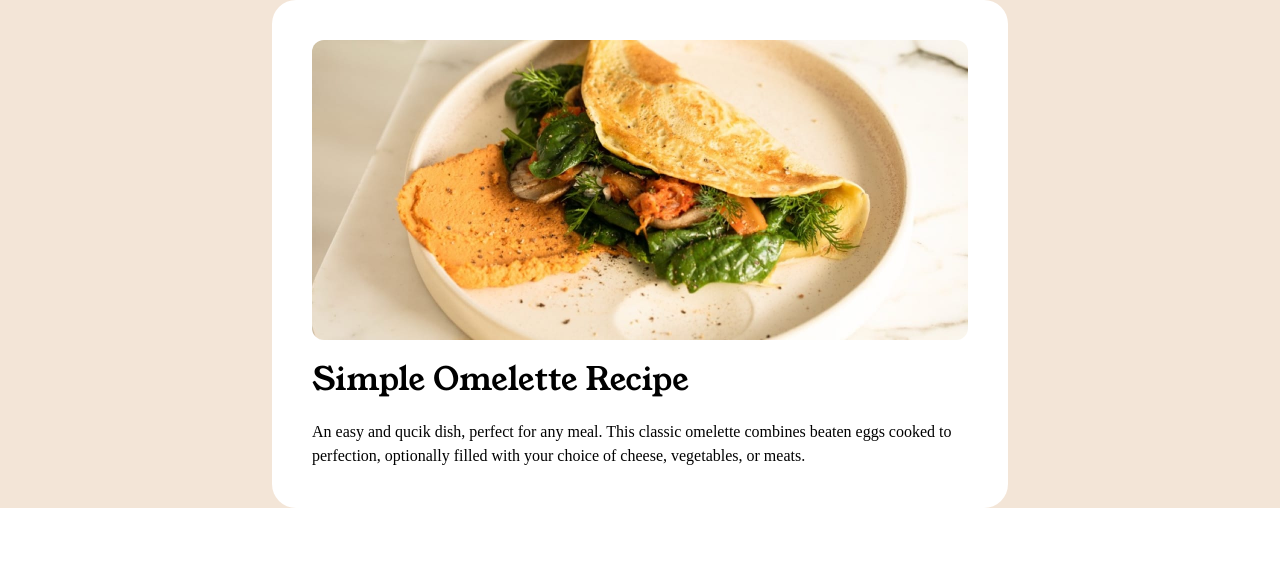
Repository: brandontaylor1/recipe-page
Page: index.html
The author's editor kept a copy of each file at every save. The page is drawn from the files as they stood at one save, then again after a run of saves.
The browser window is 1280 px wide. The pictures show the whole page.

Above is the page before, as saved 2024-12-28 21:50:06.

### index.html
<!DOCTYPE html>
<html lang="en">
<head>
    <meta charset="UTF-8">
    <meta name="viewport" content="width=device-width, initial-scale=1.0">
    <link rel="preconnect" href="https://fonts.googleapis.com">
    <link rel="preconnect" href="https://fonts.gstatic.com" crossorigin>
    <link href="https://fonts.googleapis.com/css2?family=Outfit:wght@100..900&family=Young+Serif&display=swap" rel="stylesheet">
    <link rel="stylesheet" href="styles.css">
    <title>Recipe Page</title>
</head>
<body>
    <main class="container">
        <div class="recipe-card">
            <div class="recipe-title-content">
                <img src="./assets/images/image-omelette.jpeg" alt="recipe-image">
                <h1>Simple Omelette Recipe</h1>
                <p>An easy and qucik dish, perfect for any meal. This classic omelette combines beaten eggs cooked to perfection, optionally filled with your choice of cheese, vegetables, or meats. </p>
            </div>

        </div>


    </main>



    <script src="index.js"></script>
</body>
</html>

### styles.css
*,
*::before,
*::after {
    box-sizing: border-box;
}

body,
h1,
h2,
h3,
h4,
h5,
h6,
p,
figure,
picture {
    margin: 0;
}

body {
    line-height: 1.5;
    min-height: 100vh;
}

img,
picture {
    max-width: 100%;
    display: block;
}

input,
button,
textarea,
select {
    font: inherit;
}

@media (prefers-reduced-motion: reduce) {
    *,
    *::before,
    *::after {
      animation-duration: 0.01ms !important;
      animation-iteration-count: 1 !important;
      transition-duration: 0.01ms !important;
      scroll-behavior: auto !important;
    }
  }

  /* UTILITY CLASSES */
  /* .flex{
    display: flex;
    gap: var(--gap, 1rem);
  }

  .grid {
    display: grid;
    gap: var(--gap, 1rem);
  }

  .container {
    padding: 0 2rem;
    margin: 0 auto;
    max-width: 80rem;
  }

  .sr-only {
    position: absolute;
    width: 1px;
    height: 1px;
    padding: 0;
    margin: -1px;
    overflow: hidden;
    clip: rect(0, 0, 0, 0);
    white-space: nowrap;
    border-width: 0;
  }

  .backgroundColor {
    background-color: var(--color-rose-50);
  } */




:root {
    /* COLORS */
    --color-rose-800: #7A284E;
    --color-rose-50: #FFF7FB;

    --color-stone-900: #312E2C;
    --color-stone-600: #5F564D;
    --color-stone-150: #E3DDD7;
    --color-stone-100: #F3E5D7;

    --color-brown-800: #854632;

    --color-white: #FFFFFF;
    --color-black: #000000;

    /* FONTS */
    /* @font-face {
        font-family: "YoungSerif-Regular", sans-serif;
        src: url(./fonts/YoungSerif-Regular.ttf) format('ttf');
    }

    @font-face {
        font-family: "Outfit-SemiBold", sans-serif;
        src: url(./fonts/Outfit-SemiBold.ttf) format('ttf');
    }

    @font-face {
        font-family: "Outfit-Bold", sans-serif;
        src: url(./fonts/Outfit-Bold.ttf) format('ttf');
    }

    @font-face {
        font-family: "Outfit-Regular", sans-serif;
        src: url(./fonts/Outfit-Regular.ttf) format('ttf');
    } */

    /* FONT SIZES */
    /* --fs-h1: 9.375rem;
    --fs-h2: 1.75rem;
    --fs-h3: 1.25rem;
    --fs-p: 1rem; */

}

.container {
    display: flex;
    flex-direction: column;
    align-items: center;
    justify-content: center;
    padding: 0 2rem;
    margin: 0 auto;
    max-width: 80rem;
    background-color: var(--color-stone-100);

}

.recipe-card {
    width: 736px;
    padding: 40px;
    background-color: var(--color-white);
    border-radius: 24px;

}

.recipe-card img {
    width: 100%;
    border-radius: 12px;
}

.recipe-card h1 {
    padding: 1rem 0;
    font-family: "Young Serif", sans-serif;
    font-weight: 200;
}

.receipt

Loaded but not shown: index.js (common file)

After the next 3 saves:
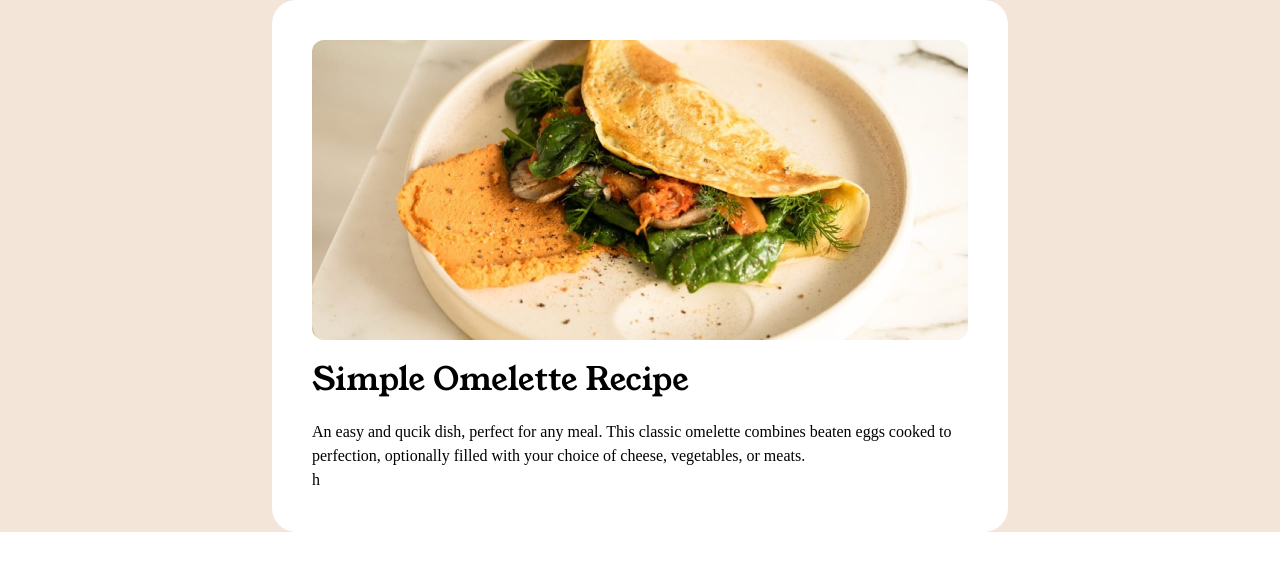
The 3 saves are shown as one change because they came seconds apart.
The last was saved 10 s later.
--- a/index.html
+++ b/index.html
@@ -17,7 +17,9 @@
                 <h1>Simple Omelette Recipe</h1>
                 <p>An easy and qucik dish, perfect for any meal. This classic omelette combines beaten eggs cooked to perfection, optionally filled with your choice of cheese, vegetables, or meats. </p>
             </div>
-
+            <div class="preparation-container">
+                h
+            </div>
         </div>
 
 
